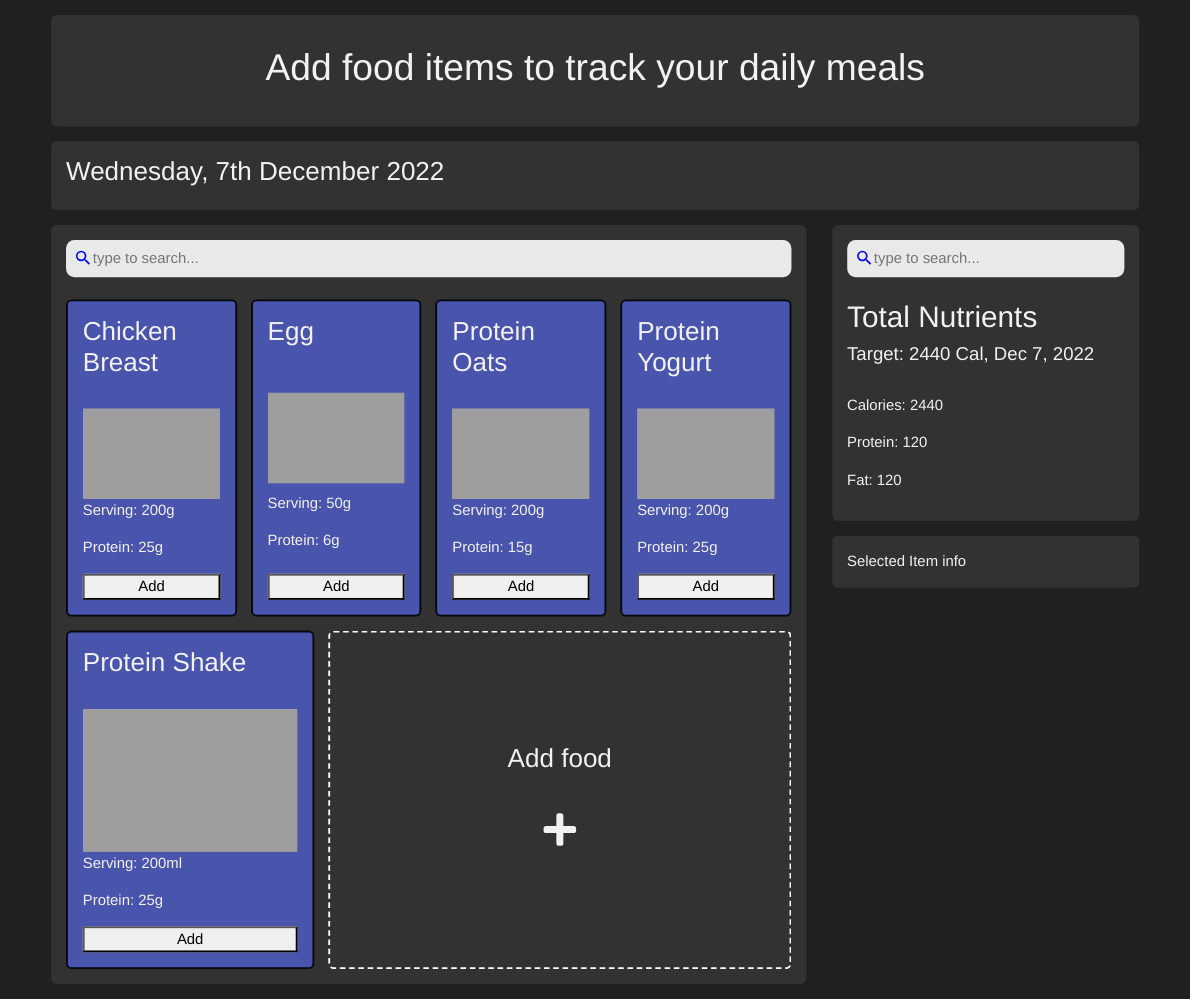
Repository: CEEPREL/NutritionTracker
Page: /
An editor plug-in stored every save of this project. The page is shown before and after a run of saves, followed by the edit.
The browser window is 1280 px wide. The pictures show the whole page, at 93% of full size.
Pictures or frames that could not be fetched are drawn as grey boxes. The project was rebuilt for these pictures with package versions that can differ from the ones it lists, and the page was loaded fresh each time. Also part of the build but not shown: vite.config.js.

Above is the page before, as saved 2022-12-08 19:05:19.

After the next 2 saves:
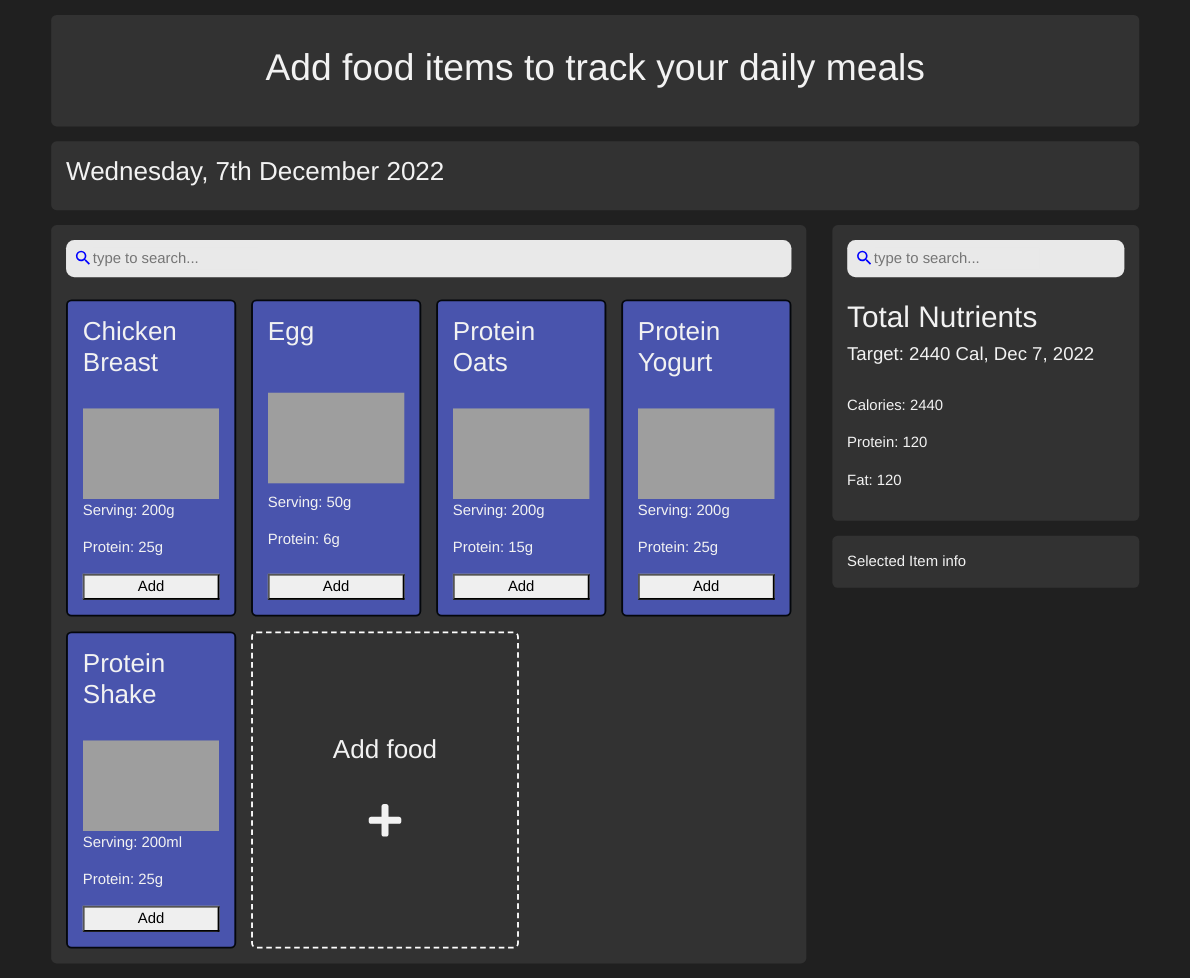
The 2 saves are shown as one change because they came seconds apart.
The last was saved 53 s later.
--- a/src/App.css
+++ b/src/App.css
@@ -61,13 +61,13 @@
 }
 
 .foodList {
-  display: flex;
+  /* display: flex;
   flex-wrap: wrap;
-  gap:15px;
+  gap:15px; */
 
-  /* display: grid;
+  display: grid;
   grid-gap: 1rem;
-  grid-template-columns: repeat(auto-fill, minmax(180px, 1fr)); */
+  grid-template-columns: repeat(auto-fill, minmax(180px, 1fr));
 }
 
 .food-card {

After the save that followed:
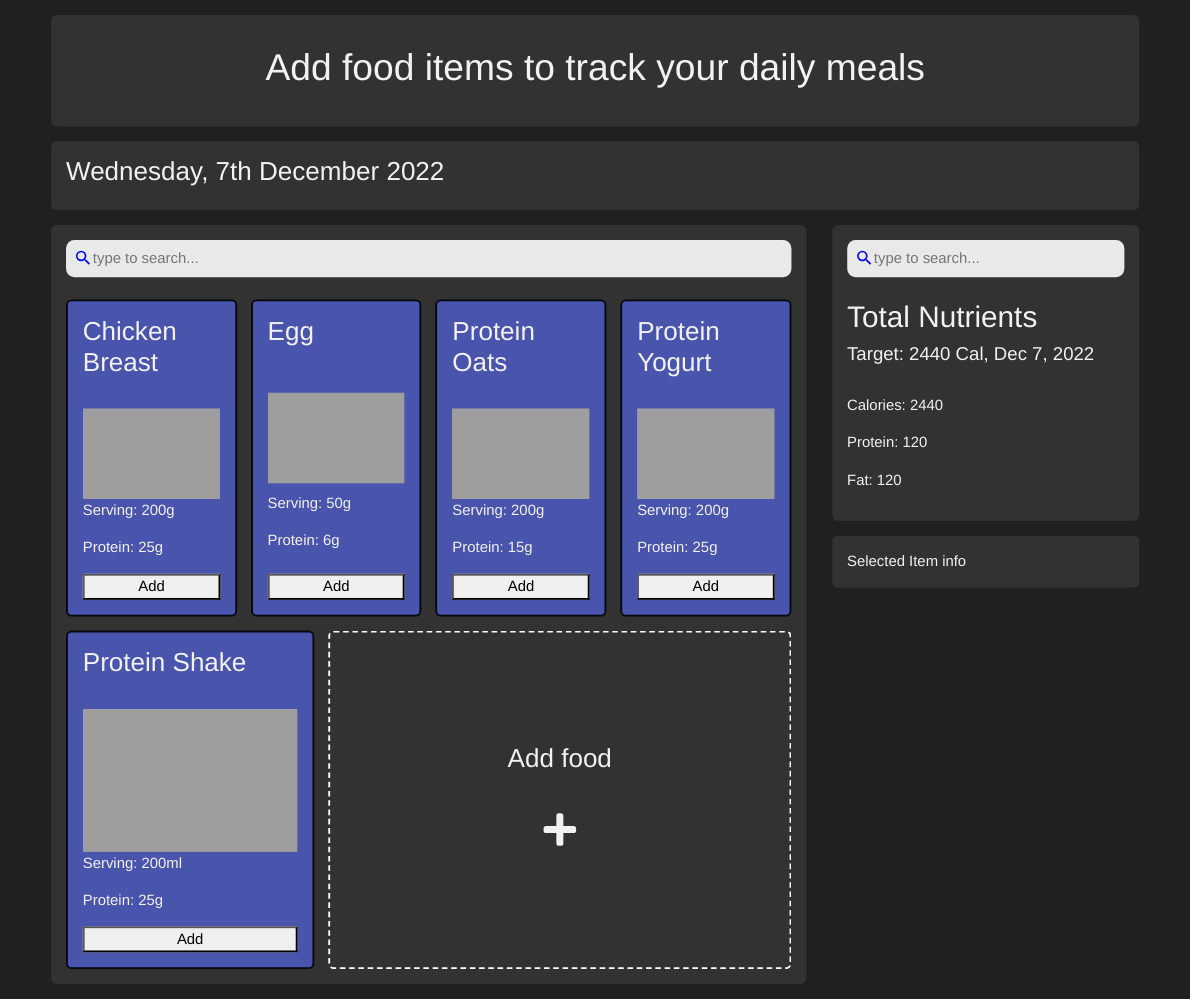
Saved 25 s later.
--- a/src/App.css
+++ b/src/App.css
@@ -61,13 +61,13 @@
 }
 
 .foodList {
-  /* display: flex;
+  display: flex;
   flex-wrap: wrap;
-  gap:15px; */
+  gap:15px;
 
-  display: grid;
+  /* display: grid;
   grid-gap: 1rem;
-  grid-template-columns: repeat(auto-fill, minmax(180px, 1fr));
+  grid-template-columns: repeat(auto-fill, minmax(180px, 1fr)); */
 }
 
 .food-card {
